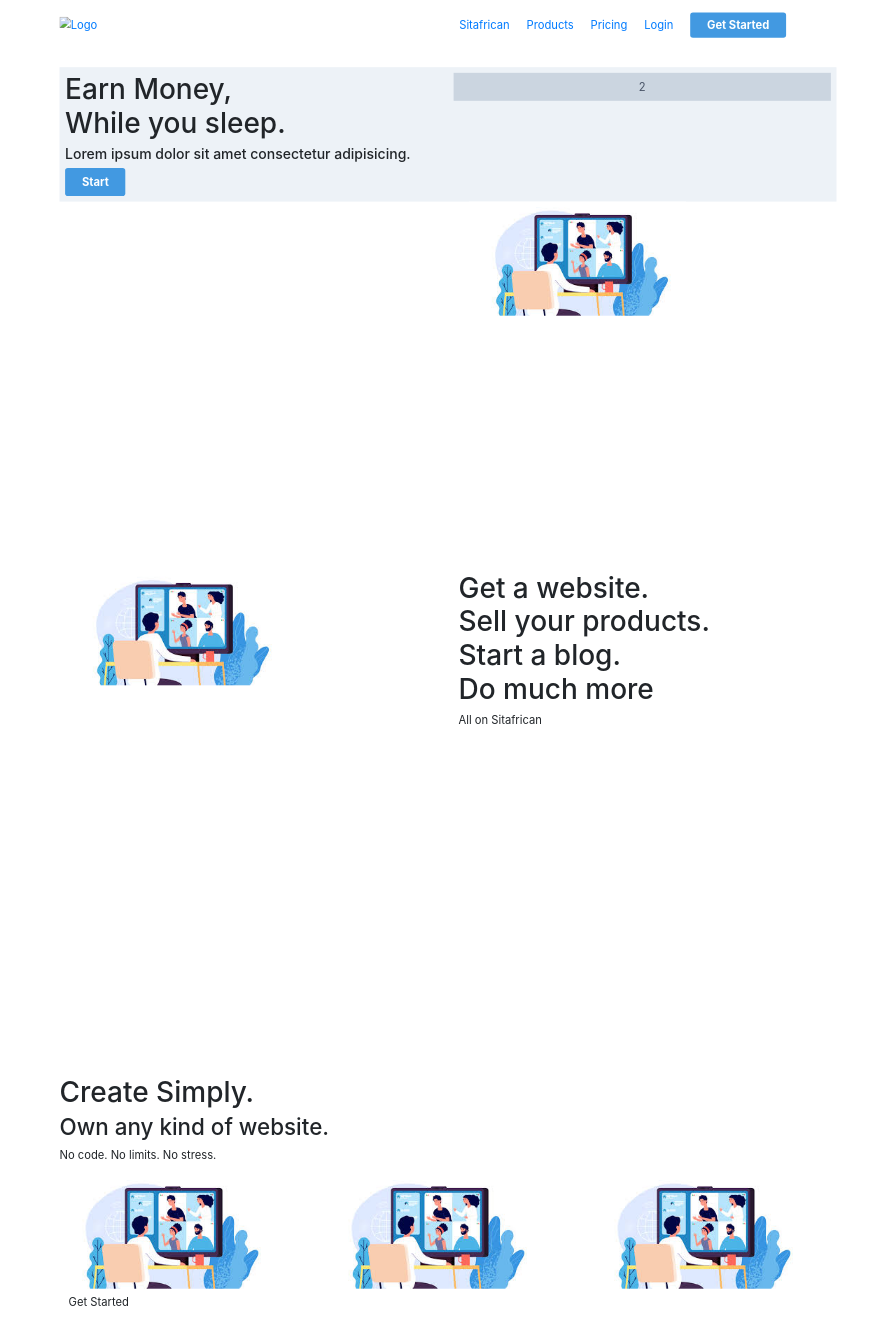
Repository: latenightsnacc/Static-Web-Projects
Page: Sitadel/index.html
The author's editor kept a copy of each file at every save. The page is drawn from the files as they stood at one save, then again after the next save.
The browser window is 1280 px wide. The pictures show the part of the page from y = 0 to 1920 px (the page is 4416 px tall), at 70% of full size.
The style sheet was rebuilt from its Sass, Less or Tailwind sources for each picture, by a compiler version that may differ from the author's.

Above is the page before, as saved 2020-11-10 10:48:26.

### Sitadel/index.html
<!DOCTYPE html>
<html lang="en">
<head>
    <meta charset="UTF-8">
    <meta name="viewport" content="width=device-width, initial-scale=1.0">
    <!--Tailwind CDN-->
    <link rel="stylesheet" href="https://cdnjs.cloudflare.com/ajax/libs/tailwindcss/1.9.6/base.min.css" integrity="sha512-hEjkvMSM0ql6VJcNK0gTmjt9ar8F2yHeBUbJKtyvQhkkbGMhiJ4+MaiB8XxsthLAHJx5vy2I9dN0un8HiWG2LA==" crossorigin="anonymous" />
    <link rel="stylesheet" href="https://cdnjs.cloudflare.com/ajax/libs/tailwindcss/1.9.6/components.min.css" integrity="sha512-TizAONqhvXjEfRPhptSUkZNVU497PzAnXNGNUoeOjeni4dHpJ+ak+ZsyoGna20LH/yg1PvdufN1VbnVQeVDftg==" crossorigin="anonymous" />
    <link rel="stylesheet" href="https://cdnjs.cloudflare.com/ajax/libs/tailwindcss/1.9.6/tailwind.css" integrity="sha512-HY1FOTeAX9idUBWDhVDrBg8QUHBisKVQ4BCVj1jFo5z76mk87w4Rr5YGP8nBkcGmoMzqYvdeXHMOg/olF45z3g==" crossorigin="anonymous" />
    <link rel="stylesheet" href="https://cdnjs.cloudflare.com/ajax/libs/tailwindcss/1.9.6/utilities.min.css" integrity="sha512-0QJfuLKyYJWGB5hKArJW67xqMLDlR8YaLM/ZuW2mRn4NRwHNsGm7UuREc5Fu7jONHyewPKnGODY0N8G+FQbfxg==" crossorigin="anonymous" />
    <!--Bootstrap CDN-->
    <link rel="stylesheet" href="https://cdn.jsdelivr.net/npm/bootstrap@4.5.3/dist/css/bootstrap.min.css" integrity="sha384-TX8t27EcRE3e/ihU7zmQxVncDAy5uIKz4rEkgIXeMed4M0jlfIDPvg6uqKI2xXr2" crossorigin="anonymous">
    <!--Custom Stylesheet-->
    <link rel="stylesheet" href="styles/stylesheet.css">
    <title>Landing Page</title>
</head>
<body>
      <!--Navigation Bar-->
      <div class="container">
        <div class="flex mb-4 mt-4">
            <div class="w-1/2 h-12">
                <!--Logo-->
                <div class="logo w-1/2 h-12">
                    <a href="index.html">
                        <img src="#" alt="Logo"/>
                    </a>
                </div>
            </div>
            <div class="w-1/2 h-12">
                <ul class="menu-list flex">
                    <li class="menu-item ml-3 mr-2">
                        <a class="menu-link" href="index.html">Sitafrican</a>
                    </li>
                    <li class="menu-item ml-3 mr-2">
                        <a class="menu-link" href="#">Products</a>
                    </li>
                    <li class="menu-item ml-3 mr-2">
                        <a class="menu-link" href="#">Pricing</a>
                    </li>
                    <li class="menu-item ml-3 mr-2">
                        <a class="menu-link" href="#">Login</a>
                    </li>
                    <li class="menu-item ml-3 mr-2">
                        <a class="bg-blue-500 hover:bg-blue-700 text-white font-bold py-2 px-4 rounded" href="#">Get Started</a>
                    </li>
                </ul>
            </div>
        </div>
    </div>

    <!--Banner Section-->
    <section id="banner" class="min-h-screen">
        <div class="container">
            <div class="flex content-center flex-wrap bg-gray-200 h-48">
                <div class="w-1/2 p-2">
                    <div class="text-box">
                        <h1>Earn Money, <br/> While you sleep.</h1>
                        <h5>Lorem ipsum dolor sit amet consectetur adipisicing.</h5>
                        <button class="bg-blue-500 hover:bg-blue-700 text-white font-bold py-2 px-4 rounded">Start</button>
                    </div>
                </div>
                <div class="w-1/2 p-2">
                  <div class="text-gray-700 text-center bg-gray-400 p-2">2</div>
                </div>
            </div>
        </div>


        <div class="container content-center">
            <div class="row ">
                <!--Banner Text-->
                <div class="col-xs-12 col-s-12 col-md-6 col-lg-6 col-xl-6">

                </div>
                <!--Banner Image-->
                <div class="col-xs-12 col-s-12 col-md-6 col-lg-6 col-xl-6">
                    <div class="container">
                        <a href="#">
                            <img src="assets/video-conferencing.jpeg" alt="banner image"/>
                        </a>
                    </div>
                </div>
            </div>
        </div>
    </section>

    <!--What you can do-->
    <section id="possibilities" class="min-h-screen">
        <div class="container">
            <div class="row">
                <!--Image-->
                <div class="col-xs-12 col-s-12 col-md-6 col-lg-6 col-xl-6">
                    <div class="container">
                        <a href="#">
                            <img src="assets/video-conferencing.jpeg" alt="banner image"/>
                        </a>
                    </div>
                </div>
                <!--Text-->
                <div class="col-xs-12 col-s-12 col-md-6 col-lg-6 col-xl-6">
                    <div class="text-box">
                        <h1>Get a website. <br/>Sell your products.<br/> Start a blog.<br/> Do much more</h1>
                        <p>All on Sitafrican</p>
                    </div>
                </div>
            </div>
        </div>
    </section>

    <!--Responsive Design-->
    <section id="responsive-design" class="min-h-screen">
        <div class="container">
            <div class="text-box">
                <h1>Create Simply.</h1>
                <h2>Own any kind of website.</h2>
                <p>No code. No limits. No stress.</p>
            </div>
            <div class="row">
                <!--Mobile View-->
                <div class="col">
                    <a href="#">
                        <img src="assets/video-conferencing.jpeg" alt="banner image"/>
                    </a>
                </div>
                <!--Desktop View-->
                <div class="col">
                    <a href="#">
                        <img src="assets/video-conferencing.jpeg" alt="banner image"/>
                    </a>
                </div>
                <!--Tablet view-->
                <div class="col">
                    <a href="#">
                        <img src="assets/video-conferencing.jpeg" alt="banner image"/>
                    </a>
                </div>
            </div>
            <div class="btn-box">
                <button class="btn btn-active">Get Started</button>
            </div>
        </div>
    </section>

    <!--Templates-->
    <section id="templates" class="min-h-screen">
        <div class="container">
            <div class="text-box">
                <h1>Stand out with out responsive professionally designed themes</h1>
                <a href="#" class="lined-btn">Choose your theme -></a>
            </div>
            <div class="templates row">
                <div class="col">
                    <a href="#">
                        <img src="assets/video-conferencing.jpeg" alt="banner image"/>
                    </a>
                </div>
                <div class="col">
                    <a href="#">
                        <img src="assets/video-conferencing.jpeg" alt="banner image"/>
                    </a>
                </div>
                <div class="col">
                    <a href="#">
                        <img src="assets/video-conferencing.jpeg" alt="banner image"/>
                    </a>
                </div>
                <div class="col">
                    <a href="#">
                        <img src="assets/video-conferencing.jpeg" alt="banner image"/>
                    </a>
                </div>
            </div>
        </div>
    </section>

    <!--Our services-->
    <section id="services" class="min-h-screen">
        <div class="container">
            <div class="text-box">
                <h1>We've got you covered.</h1>
                <p>Your website is just the beginning.</p>
            </div>
            <!--Row One-->
            <div class="row">
                <!--24/7 Support-->
                <div class="col-xs-12 col-s-12 col-md-6 col-lg-6 col-xl-6">
                    <a href="#">
                        <img src="assets/video-conferencing.jpeg" alt="banner image"/>
                    </a>
                    <div class="col-title">Real Support from Real People.</div>
                </div>
                <!--Domain & Hosting-->
                <div class="col-xs-12 col-s-12 col-md-6 col-lg-6 col-xl-6">
                    <a href="#">
                        <img src="assets/video-conferencing.jpeg" alt="banner image"/>
                    </a>
                    <div class="col-title">Domains for your needs.</div>
                </div>
            </div>
            <!--Row Two-->
            <div class="row">
                <!--Plans-->
                <div class="col-xs-12 col-s-12 col-md-6 col-lg-6 col-xl-6">
                    <a href="#">
                        <img src="assets/video-conferencing.jpeg" alt="banner image"/>
                    </a>
                    <div class="col-title">Plans for everyone.</div>
                </div>
                <!--Security-->
                <div class="col-xs-12 col-s-12 col-md-6 col-lg-6 col-xl-6">
                    <a href="#">
                        <img src="assets/video-conferencing.jpeg" alt="banner image"/>
                    </a>
                    <div class="col-title">Security. Security. Security.</div>
                </div>
            </div>
        </div>
    </section>

    <!--Pricing-->
    <section id="pricing" class="min-h-screen">
        <div class="container">
            <div class="text-box">
                <h1>Start Free.</h1>
                <h2>Grow at your own pace.</h2>
            </div>
            <div class="row">
                <!--Free Plan-->
                <div class="col-xs-12 col-s-12 col-md-3 col-lg-3 col-xl-3"></div>
                <!--Free Plan-->
                <div class="col-xs-12 col-s-12 col-md-3 col-lg-3 col-xl-3"></div>
                <!--Free Plan-->
                <div class="col-xs-12 col-s-12 col-md-3 col-lg-3 col-xl-3"></div>
                <!--Free Plan-->
                <div class="col-xs-12 col-s-12 col-md-3 col-lg-3 col-xl-3"></div>
            </div>
            <div class="btn-box">
                <a href="#" class="line-btn">Compare plans --></a>
            </div>
        </div>
    </section>

    <!--Footer-->
    <div class="footer">
        <div class="container">
            <div class="row">

            </div>
        </div>
    </div>

    <!--Bootstrap Scripts-->
    <script src="https://code.jquery.com/jquery-3.5.1.slim.min.js" integrity="sha384-DfXdz2htPH0lsSSs5nCTpuj/zy4C+OGpamoFVy38MVBnE+IbbVYUew+OrCXaRkfj" crossorigin="anonymous"></script>
    <script src="https://cdn.jsdelivr.net/npm/popper.js@1.16.1/dist/umd/popper.min.js" integrity="sha384-9/reFTGAW83EW2RDu2S0VKaIzap3H66lZH81PoYlFhbGU+6BZp6G7niu735Sk7lN" crossorigin="anonymous"></script>
    <script src="https://cdn.jsdelivr.net/npm/bootstrap@4.5.3/dist/js/bootstrap.min.js" integrity="sha384-w1Q4orYjBQndcko6MimVbzY0tgp4pWB4lZ7lr30WKz0vr/aWKhXdBNmNb5D92v7s" crossorigin="anonymous"></script>
</body>
</html>

### Sitadel/styles/stylesheet.scss
@import'variables';

*{
    box-sizing: border-box;
    margin: 0;
    padding: 0;
    text-decoration: none;
    list-style: none;
    font-family: -apple-system, BlinkMacSystemFont, 'Segoe UI', Roboto, Oxygen, Ubuntu, Cantarell, 'Open Sans', 'Helvetica Neue', sans-serif;
    button {
        outline: none;
    }
    a {
        text-decoration: none;
        &:hover {
            text-decoration: none;
        }
    }
}
// section {
//     min-height: 100vh;
// }

### Sitadel/styles/_variables.scss
$font: -apple-system, BlinkMacSystemFont, 'Segoe UI', Roboto, Oxygen, Ubuntu, Cantarell, 'Open Sans', 'Helvetica Neue', sans-serif;

$primary: #fff;

After the next save:
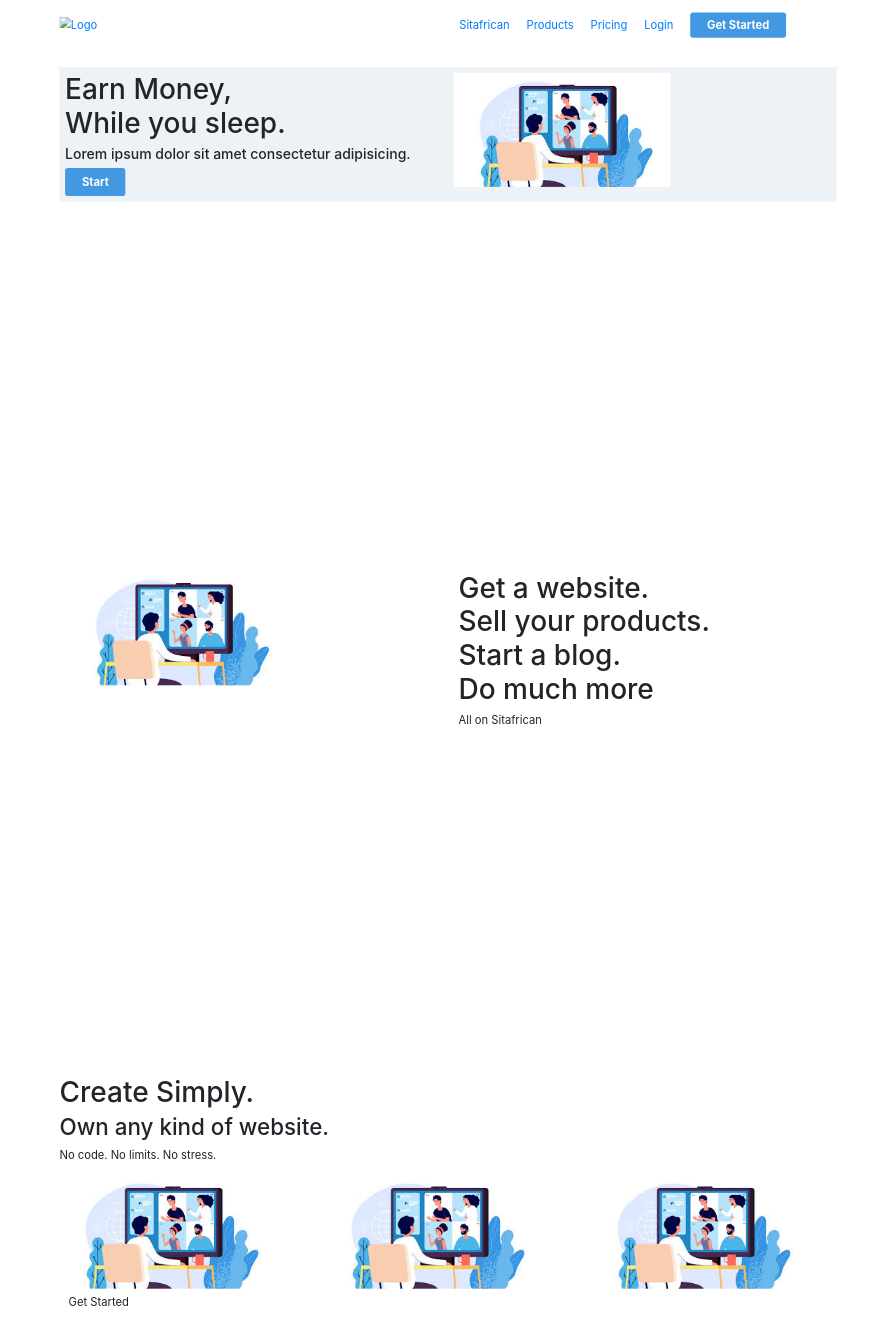
Saved 41 s later.
--- a/Sitadel/index.html
+++ b/Sitadel/index.html
@@ -60,7 +60,9 @@
                     </div>
                 </div>
                 <div class="w-1/2 p-2">
-                  <div class="text-gray-700 text-center bg-gray-400 p-2">2</div>
+                    <a href="#">
+                        <img src="assets/video-conferencing.jpeg" alt="banner image"/>
+                    </a>
                 </div>
             </div>
         </div>
@@ -72,12 +74,10 @@
                 <div class="col-xs-12 col-s-12 col-md-6 col-lg-6 col-xl-6">
 
                 </div>
-                <!--Banner Image-->
+
                 <div class="col-xs-12 col-s-12 col-md-6 col-lg-6 col-xl-6">
                     <div class="container">
-                        <a href="#">
-                            <img src="assets/video-conferencing.jpeg" alt="banner image"/>
-                        </a>
+
                     </div>
                 </div>
             </div>
